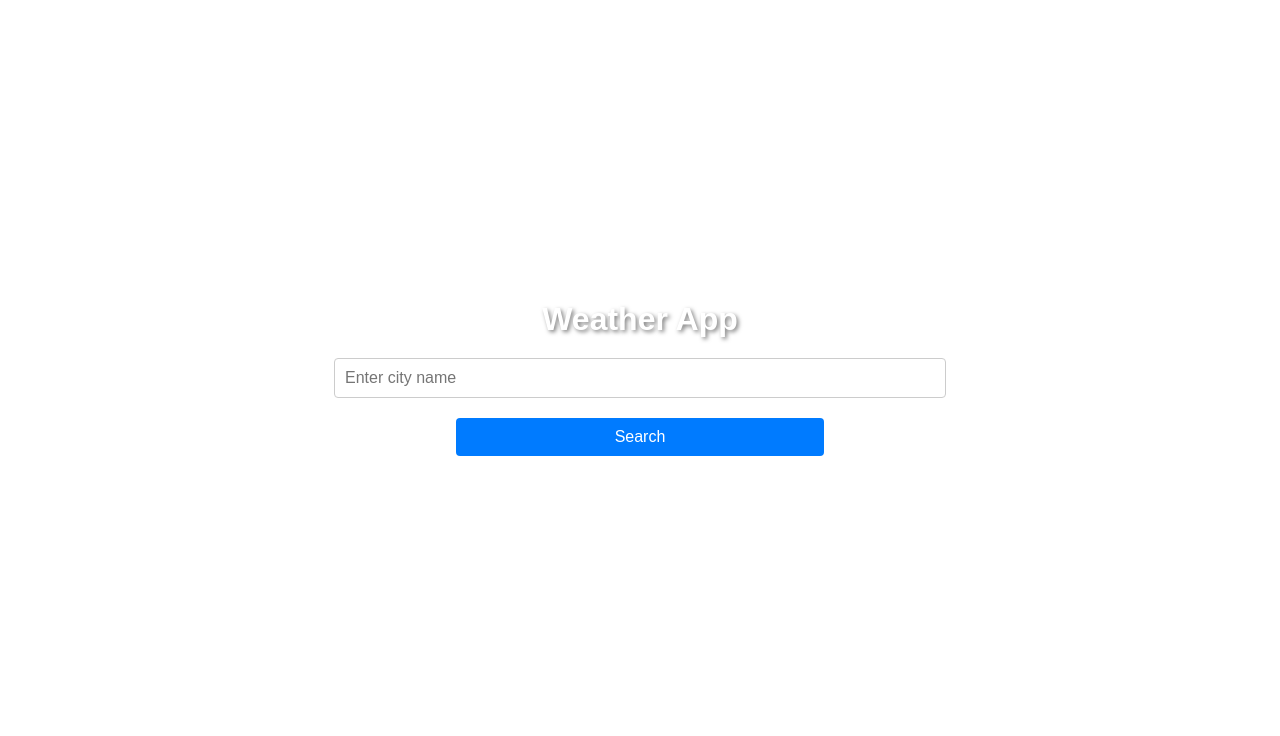
Repository: nashon11/SkyView-Weather-App
Page: index.html
An editor plug-in stored every save of this project. The page is shown before and after the next save, followed by the edit.
The browser window is 1280 px wide. The pictures show the whole page.

Above is the page before, as saved 2024-03-05 20:21:11.

### index.html
<!DOCTYPE html>
<html lang="en">
<head>
    <meta charset="UTF-8">
    <meta name="viewport" content="width=device-width, initial-scale=1.0">
    <title>Weather App</title>
    <link rel="stylesheet" href="styles.css">
</head>
<body>
    <div id="weather-app">
        <h1>Weather App</h1>
        <div class="input-container">
            <input type="text" id="city-input" placeholder="Enter city name">
        </div>
        <button id="search-btn">Search</button>
    </div>

    <script src="index.js"></script>
</body>
</html>

### styles.css
body {
    font-family: Arial, sans-serif;
    background-size: cover;
    background-position: center;
    transition: background-image 0.5s ease;
}

#weather-app {
    display: flex;
    flex-direction: column;
    align-items: center;
    justify-content: center;
    height: 100vh;
    padding: 20px;
    box-sizing: border-box;
}

h1 {
    color: #fff;
    text-shadow: 2px 2px 4px rgba(0, 0, 0, 0.5);
    margin-bottom: 20px;
}

.input-container {
    display: flex;
    align-items: center;
    justify-content: center;
    width: 100%;
    margin-bottom: 20px;
}

input[type="text"] {
    width: 50%;
    padding: 10px;
    font-size: 16px;
    border: 1px solid #ccc;
    border-radius: 4px;
    box-sizing: border-box;
}

button {
    width: 30%;
    padding: 10px;
    font-size: 16px;
    background-color: #007bff;
    color: #fff;
    border: none;
    border-radius: 4px;
    cursor: pointer;
    transition: background-color 0.3s ease;
}

button:hover {
    background-color: #0062cc;
}

### index.js
const apiKey = "7cbaf9080584e93d756d1e93ba5c46c8";

// Function to fetch weather data from API
const fetchWeatherData = async (city) => {
    try {
        const response = await fetch(`https://api.openweathermap.org/data/2.5/weather?q=${city}&appid=${apiKey}`);
        const data = await response.json();
        processWeatherData(data);
    } catch (error) {
        console.error("Error fetching weather data:", error);
        // Add error handling here
    }
};

// Function to process weather data and update the UI
const processWeatherData = (data) => {
    // Update background image based on weather condition
    updateBackground(data.weather[0].main);
    // Add code to update UI with weather data
};

// Function to update background image based on weather condition
const updateBackground = (weatherCondition) => {
    const body = document.querySelector("body");
    const backgroundImage = getBackgroundImage(weatherCondition);
    body.style.backgroundImage = `url("${backgroundImage}")`;
};

// Function to get the background image path based on weather condition
const getBackgroundImage = (weatherCondition) => {
    switch (weatherCondition) {
        case "Clear":
            return "clear.jpg";
        case "Clouds":
            return "cloudy.jpg";
        // Add cases for other weather conditions
        default:
            return "default.jpg";
    }
};

// Event listener for the search button
document.getElementById("search-btn").addEventListener("click", () => {
    const city = document.getElementById("city-input").value;
    fetchWeatherData(city);
});

After the next save:
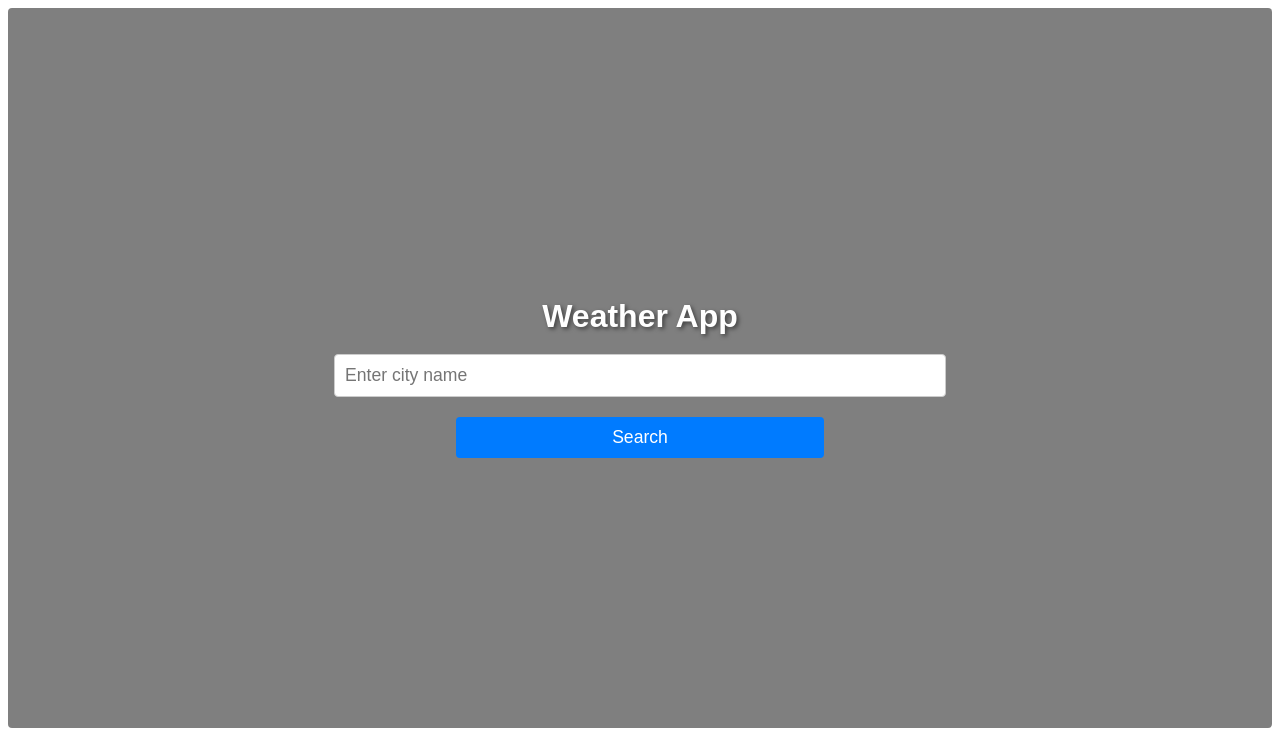
Saved 84 s later.
--- a/styles.css
+++ b/styles.css
@@ -13,12 +13,16 @@ body {
     height: 100vh;
     padding: 20px;
     box-sizing: border-box;
+    background-color: rgba(0, 0, 0, 0.5);
+    border-radius: 4px;
 }
 
 h1 {
     color: #fff;
     text-shadow: 2px 2px 4px rgba(0, 0, 0, 0.5);
     margin-bottom: 20px;
+    font-size: 2rem;
+    line-height: 1.1;
 }
 
 .input-container {
@@ -32,7 +36,7 @@ h1 {
 input[type="text"] {
     width: 50%;
     padding: 10px;
-    font-size: 16px;
+    font-size: 1.1rem;
     border: 1px solid #ccc;
     border-radius: 4px;
     box-sizing: border-box;
@@ -41,7 +45,7 @@ input[type="text"] {
 button {
     width: 30%;
     padding: 10px;
-    font-size: 16px;
+    font-size: 1.1rem;
     background-color: #007bff;
     color: #fff;
     border: none;
